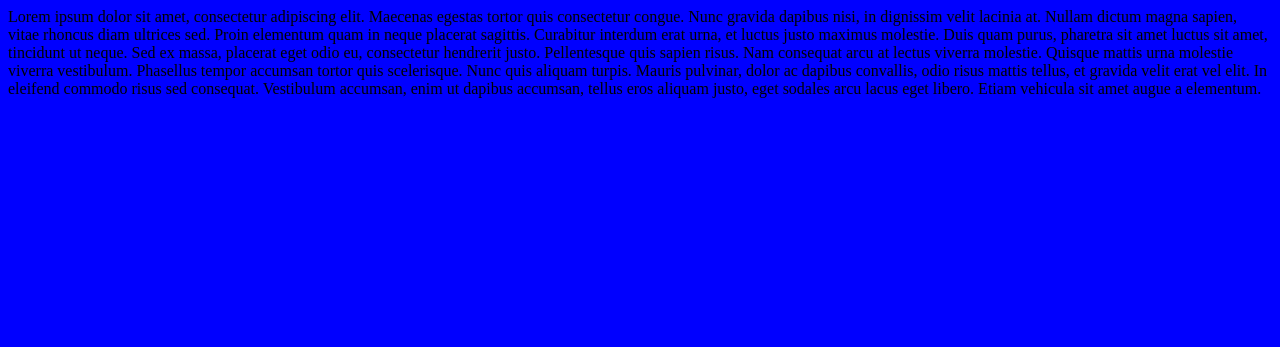
Repository: Nnetterz/Nnetterz.github.io
Page: index.html
The author's editor kept a record of every edit. The page is drawn from the files as they stood at one moment, then again after the next edit.
The browser window is 1280 px wide. The pictures show the whole page.

Above is the page before.

### index.html
<!DOCTYPE html>
<html>
    <head>
        <title>HELLO WORLD</title>
        <link href="style.css" rel="stylesheet">
    </head>
    <body>

        Lorem ipsum dolor sit amet, consectetur adipiscing elit. Maecenas egestas tortor quis consectetur congue. Nunc gravida dapibus nisi, in dignissim velit lacinia at. Nullam dictum magna sapien, vitae rhoncus diam ultrices sed. Proin elementum quam in neque placerat sagittis.

        Curabitur interdum erat urna, et luctus justo maximus molestie. Duis quam purus, pharetra sit amet luctus sit amet, tincidunt ut neque. Sed ex massa, placerat eget odio eu, consectetur hendrerit justo. Pellentesque quis sapien risus. Nam consequat arcu at lectus viverra molestie. Quisque mattis urna molestie viverra vestibulum.

        Phasellus tempor accumsan tortor quis scelerisque. Nunc quis aliquam turpis. Mauris pulvinar, dolor ac dapibus convallis, odio risus mattis tellus, et gravida velit erat vel elit. In eleifend commodo risus sed consequat. Vestibulum accumsan, enim ut dapibus accumsan, tellus eros aliquam justo, eget sodales arcu lacus eget libero. Etiam vehicula sit amet augue a elementum.
    </body>
</html>

### style.css
body {
    background-color: blue;

}

p {
    margin: 100px;
}

.paragraph2 {
    color: #cdcdcd;
}

After the next edit:
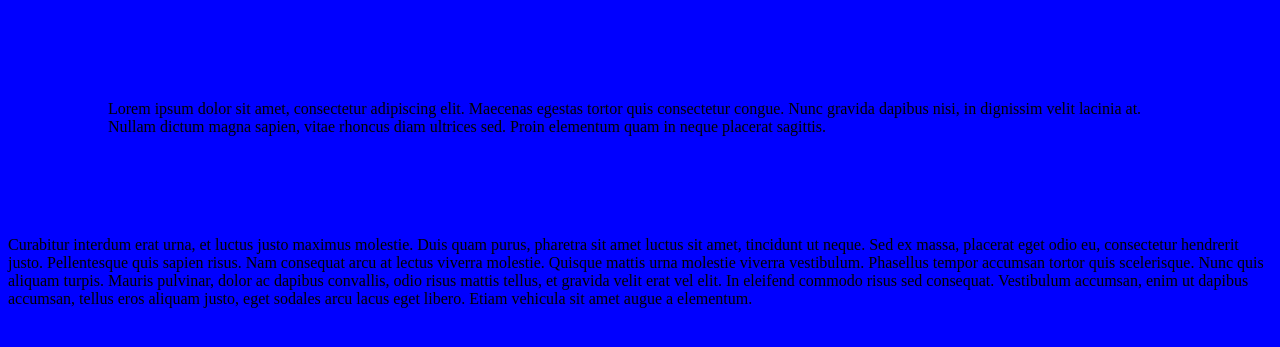
The edit:
--- a/index.html
+++ b/index.html
@@ -6,7 +6,7 @@
     </head>
     <body>
 
-        Lorem ipsum dolor sit amet, consectetur adipiscing elit. Maecenas egestas tortor quis consectetur congue. Nunc gravida dapibus nisi, in dignissim velit lacinia at. Nullam dictum magna sapien, vitae rhoncus diam ultrices sed. Proin elementum quam in neque placerat sagittis.
+        <P>Lorem ipsum dolor sit amet, consectetur adipiscing elit. Maecenas egestas tortor quis consectetur congue. Nunc gravida dapibus nisi, in dignissim velit lacinia at. Nullam dictum magna sapien, vitae rhoncus diam ultrices sed. Proin elementum quam in neque placerat sagittis.</p>
 
         Curabitur interdum erat urna, et luctus justo maximus molestie. Duis quam purus, pharetra sit amet luctus sit amet, tincidunt ut neque. Sed ex massa, placerat eget odio eu, consectetur hendrerit justo. Pellentesque quis sapien risus. Nam consequat arcu at lectus viverra molestie. Quisque mattis urna molestie viverra vestibulum.
 
